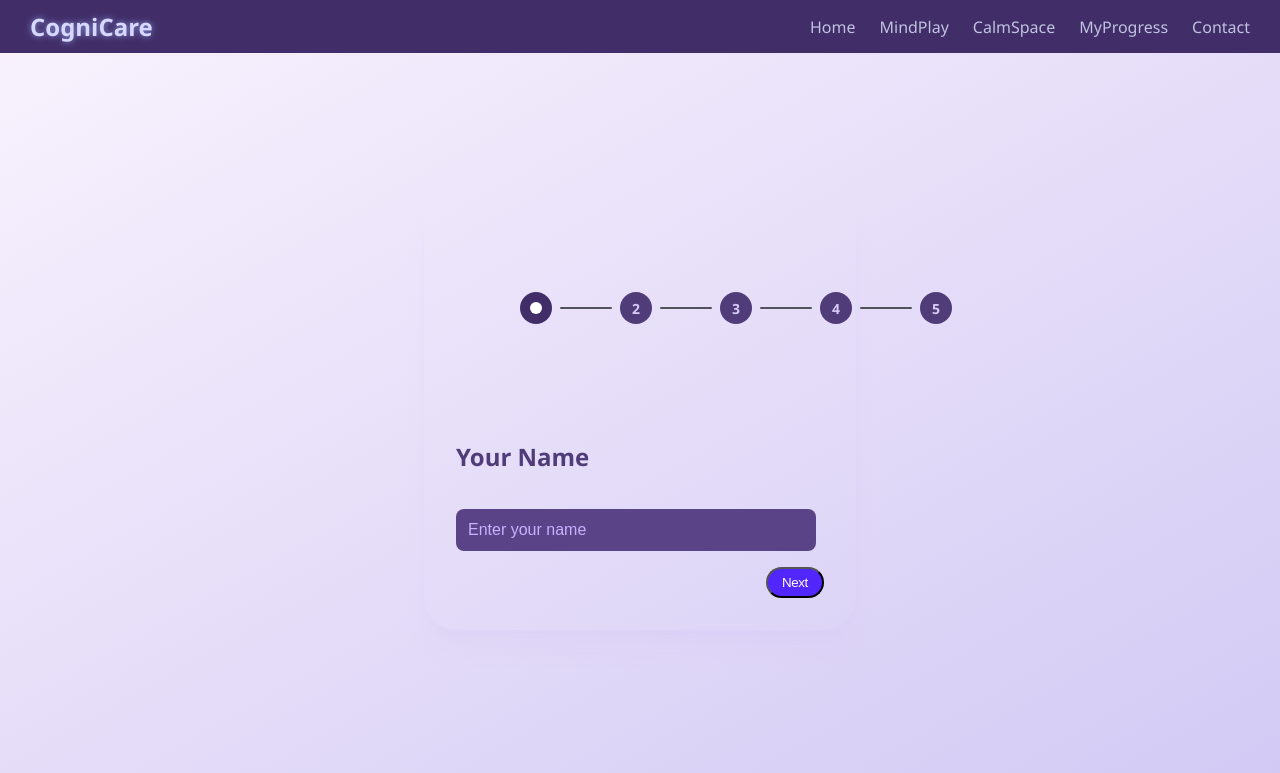
Repository: rujularaut/CogniCare
Page: /signup
An editor plug-in stored every save of this project. The page is shown before and after the next save, followed by the edit.
The browser window is 1280 px wide. The pictures show the whole page.
The project was rebuilt for these pictures with package versions that can differ from the ones it lists, and the page was loaded fresh each time. Also part of the build but not shown: src/components/Welcome.css, src/components/Welcome.js, src/components/Particles.css, src/components/Particles.js, src/components/Meditation.css, src/components/Meditation.js, src/components/Signup.css, src/components/Signup.js and 2 more.

Above is the page before, as saved 2025-06-24 14:51:11.

### src/App.js
import React from 'react';
import { BrowserRouter as Router, Routes, Route } from 'react-router-dom';
import './App.css';
import Welcome from './components/Welcome';
import Meditation from './components/Meditation';
import Signup from './components/Signup'; // ✅ Confirm this file exists
import Login from './components/Login';
import SignupStepper from './components/SignupStepper';

function App() {
  return (
    <Router>
      <div className="App">
        <nav>
          <div className="logo">CogniCare</div>
          <ul>
            <li><a href="/">Home</a></li>
            <li><a href="#">MindPlay</a></li>
            <li><a href="#">CalmSpace</a></li>
            <li><a href="#">MyProgress</a></li>
            <li><a href="#">Contact</a></li>
          </ul>
        </nav>

        <Routes>
          <Route path="/" element={
            <>
              <header>
                <h1>Welcome to CogniCare</h1>
                <p>Your mental health companion</p>
              </header>
              <Welcome />
              <Meditation />
            </>
          } />
          <Route path="/signup" element={<SignupStepper />} />
          <Route path="/signup" element={<Signup />} />
          <Route path="/login" element={<Login />} />
        </Routes>
      </div>
    </Router>
  );
}

export default App;

### src/App.css
body {
  margin: 0;
  padding: 0;
  font-family: 'Segoe UI', sans-serif;
  background-color: #0a001a;
  color: #d6d8ff;
}

nav {
  background-color: #412e69;
  color: #d6d8ff;
  display: flex;
  justify-content: space-between;
  align-items: center;
  padding: 10px 30px;
  box-shadow: 0 0 15px #a9b0ff20;
}

.logo {
  font-size: 24px;
  font-weight: bold;
  color: #d6d8ff;
  text-shadow: 0 0 6px #8b92d7;
}

nav ul {
  list-style: none;
  display: flex;
  gap: 24px;
  margin: 0;
  padding: 0;
}

nav ul li a {
  text-decoration: none;
  color: #c0c2e0;
  font-weight: 500;
  transition: color 0.3s ease;
}

nav ul li a:hover {
  color: #f7c258;
  text-shadow: 0 0 6px #a9b0ff;
}

header {
  background-color: #513c7a;
  padding: 5px;
  text-align: center;
  border-bottom: 6px solid #25003e;
}

h1 {
  margin-bottom: 10px;
  font-size: 45px;
  color: #d6d8ff;
  text-shadow: 0 0 10px #6c72ac;
}

p {
  font-size: 17px;
  color: #d6d8ff;
}

### src/components/SignupStepper.js
import React, { useState } from 'react';
import Stepper, { Step } from './Stepper';
import './SignupStepper.css';

const SignupStepper = () => {
  const [formData, setFormData] = useState({
    name: '',
    age: '',
    email: '',
    password: '',
  });

  const handleChange = (e) => {
    setFormData((prev) => ({ ...prev, [e.target.name]: e.target.value }));
  };

  return (
    <div className="signup-container">
      <Stepper
        initialStep={1}
        onFinalStepCompleted={() => console.log('Form complete', formData)}
        nextButtonText="Next"
        backButtonText="Back"
      >
        <Step>
          <h2>Your Name</h2>
          <input
            name="name"
            type="text"
            placeholder="Enter your name"
            value={formData.name}
            onChange={handleChange}
            required
          />
        </Step>
        <Step>
          <h2>Your Age</h2>
          <input
            name="age"
            type="number"
            placeholder="Enter your age"
            value={formData.age}
            onChange={handleChange}
            required
          />
        </Step>
        <Step>
          <h2>Email ID</h2>
          <input
            name="email"
            type="email"
            placeholder="Enter your email"
            value={formData.email}
            onChange={handleChange}
            required
          />
        </Step>
        <Step>
          <h2>Create Password</h2>
          <input
            name="password"
            type="password"
            placeholder="Create password"
            value={formData.password}
            onChange={handleChange}
            required
          />
        </Step>
        <Step>
          <h2>All Set!</h2>
          <p>Welcome, {formData.name} 🎉</p>
          <p>Already have an account? <a href="/login">Login here</a></p>
        </Step>
      </Stepper>
    </div>
  );
};

export default SignupStepper;

### src/components/Stepper.jsx
import React, { useState, Children, useRef, useLayoutEffect } from "react";
import { motion, AnimatePresence } from "framer-motion";

import "./Stepper.css";

export default function Stepper({
  children,
  initialStep = 1,
  onStepChange = () => { },
  onFinalStepCompleted = () => { },
  stepCircleContainerClassName = "",
  stepContainerClassName = "",
  contentClassName = "",
  footerClassName = "",
  backButtonProps = {},
  nextButtonProps = {},
  backButtonText = "Back",
  nextButtonText = "Continue",
  disableStepIndicators = false,
  renderStepIndicator,
  ...rest
}) {
  const [currentStep, setCurrentStep] = useState(initialStep);
  const [direction, setDirection] = useState(0);
  const stepsArray = Children.toArray(children);
  const totalSteps = stepsArray.length;
  const isCompleted = currentStep > totalSteps;
  const isLastStep = currentStep === totalSteps;

  const updateStep = (newStep) => {
    setCurrentStep(newStep);
    if (newStep > totalSteps) {
      onFinalStepCompleted();
    } else {
      onStepChange(newStep);
    }
  };

  const handleBack = () => {
    if (currentStep > 1) {
      setDirection(-1);
      updateStep(currentStep - 1);
    }
  };

  const handleNext = () => {
    if (!isLastStep) {
      setDirection(1);
      updateStep(currentStep + 1);
    }
  };

  const handleComplete = () => {
    setDirection(1);
    updateStep(totalSteps + 1);
  };

  return (
    <div className="outer-container" {...rest}>
      <div className={`step-circle-container ${stepCircleContainerClassName}`}>
        <div className={`step-indicator-row ${stepContainerClassName}`}>
          {stepsArray.map((_, index) => {
            const stepNumber = index + 1;
            const isNotLastStep = index < totalSteps - 1;
            return (
              <React.Fragment key={stepNumber}>
                {renderStepIndicator ? (
                  renderStepIndicator({
                    step: stepNumber,
                    currentStep,
                    onStepClick: (clicked) => {
                      setDirection(clicked > currentStep ? 1 : -1);
                      updateStep(clicked);
                    },
                  })
                ) : (
                  <StepIndicator
                    step={stepNumber}
                    disableStepIndicators={disableStepIndicators}
                    currentStep={currentStep}
                    onClickStep={(clicked) => {
                      setDirection(clicked > currentStep ? 1 : -1);
                      updateStep(clicked);
                    }}
                  />
                )}
                {isNotLastStep && (
                  <StepConnector isComplete={currentStep > stepNumber} />
                )}
              </React.Fragment>
            );
          })}
        </div>

        <StepContentWrapper
          isCompleted={isCompleted}
          currentStep={currentStep}
          direction={direction}
          className={`step-content-default ${contentClassName}`}
        >
          {stepsArray[currentStep - 1]}
        </StepContentWrapper>

        {!isCompleted && (
          <div className={`footer-container ${footerClassName}`}>
            <div className={`footer-nav ${currentStep !== 1 ? "spread" : "end"}`}>
              {currentStep !== 1 && (
                <button
                  onClick={handleBack}
                  className={`back-button ${currentStep === 1 ? "inactive" : ""}`}
                  {...backButtonProps}
                >
                  {backButtonText}
                </button>
              )}
              <button
                onClick={isLastStep ? handleComplete : handleNext}
                className="next-button"
                {...nextButtonProps}
              >
                {isLastStep ? "Complete" : nextButtonText}
              </button>
            </div>
          </div>
        )}
      </div>
    </div>
  );
}

function StepContentWrapper({ isCompleted, currentStep, direction, children, className }) {
  const [parentHeight, setParentHeight] = useState(0);

  return (
    <motion.div
      className={className}
      style={{ position: "relative", overflow: "hidden" }}
      animate={{ height: isCompleted ? 0 : parentHeight }}
      transition={{ type: "spring", duration: 0.4 }}
    >
      <AnimatePresence initial={false} mode="sync" custom={direction}>
        {!isCompleted && (
          <SlideTransition key={currentStep} direction={direction} onHeightReady={(h) => setParentHeight(h)}>
            {children}
          </SlideTransition>
        )}
      </AnimatePresence>
    </motion.div>
  );
}

function SlideTransition({ children, direction, onHeightReady }) {
  const containerRef = useRef(null);

  useLayoutEffect(() => {
    if (containerRef.current) onHeightReady(containerRef.current.offsetHeight);
  }, [children, onHeightReady]);

  return (
    <motion.div
      ref={containerRef}
      custom={direction}
      variants={stepVariants}
      initial="enter"
      animate="center"
      exit="exit"
      transition={{ duration: 0.4 }}
      style={{ position: "absolute", left: 0, right: 0, top: 0 }}
    >
      {children}
    </motion.div>
  );
}

const stepVariants = {
  enter: (dir) => ({
    x: dir >= 0 ? "-100%" : "100%",
    opacity: 0,
  }),
  center: {
    x: "0%",
    opacity: 1,
  },
  exit: (dir) => ({
    x: dir >= 0 ? "50%" : "-50%",
    opacity: 0,
  }),
};

export function Step({ children }) {
  return <div className="step-default">{children}</div>;
}

function StepIndicator({ step, currentStep, onClickStep, disableStepIndicators }) {
  const status = currentStep === step ? "active" : currentStep < step ? "inactive" : "complete";

  const handleClick = () => {
    if (step !== currentStep && !disableStepIndicators) onClickStep(step);
  };

  return (
    <motion.div onClick={handleClick} className="step-indicator" animate={status} initial={false}>
      <motion.div
        variants={{
          inactive: { scale: 1, backgroundColor: "#513c7a", color: "#d7cbf9" },
          active: { scale: 1, backgroundColor: "#412e69", color: "#d7cbf9" },
          complete: { scale: 1, backgroundColor: "#412e69", color: "#d7cbf9" },
        }}
        transition={{ duration: 0.3 }}
        className="step-indicator-inner"
      >
        {status === "complete" ? (
          <CheckIcon className="check-icon" />
        ) : status === "active" ? (
          <div className="active-dot" />
        ) : (
          <span className="step-number">{step}</span>
        )}
      </motion.div>
    </motion.div>
  );
}

function StepConnector({ isComplete }) {
  const lineVariants = {
    incomplete: { width: 0, backgroundColor: "transparent" },
    complete: { width: "100%", backgroundColor: "#5227FF" },
  };

  return (
    <div className="step-connector">
      <motion.div
        className="step-connector-inner"
        variants={lineVariants}
        initial={false}
        animate={isComplete ? "complete" : "incomplete"}
        transition={{ duration: 0.4 }}
      />
    </div>
  );
}

function CheckIcon(props) {
  return (
    <svg {...props} fill="none" stroke="currentColor" strokeWidth={2} viewBox="0 0 24 24">
      <motion.path
        initial={{ pathLength: 0 }}
        animate={{ pathLength: 1 }}
        transition={{ delay: 0.1, type: "tween", ease: "easeOut", duration: 0.3 }}
        strokeLinecap="round"
        strokeLinejoin="round"
        d="M5 13l4 4L19 7"
      />
    </svg>
  );
}

### src/components/SignupStepper.css
.signup-container {
background: linear-gradient(to bottom right, #f8f1fd, #d2caf4);
  color: #513c7a;
  min-height: 100vh;
  display: flex;
  justify-content: center;
  align-items: center;
}

input {
  width: 100%;
  padding: 12px;
  margin-top: 1em;
  border-radius: 8px;
  border: none;
  font-size: 16px;
  background-color: #5a4386;
  color: #d7cbf9;
}

input::placeholder {
  color: #cab0ff;
}

### src/components/Stepper.css
.outer-container {
  display: flex;
  min-height: 100%;
  flex: 1 1 0%;
  flex-direction: column;
  align-items: center;
  justify-content: center;
  padding: 1rem;
}

@media (min-width: 640px) {
  .outer-container {
    aspect-ratio: 4 / 3;
  }
}

@media (min-width: 768px) {
  .outer-container {
    aspect-ratio: 2 / 1;
  }
}

.step-circle-container {
  margin-left: auto;
  margin-right: auto;
  width: 100%;
  max-width: 27rem;
  border-radius: 2rem;
  box-shadow: 0 20px 25px -5px rgba(207, 178, 246, 0.1),
    0 10px 10px -5px rgba(193, 176, 247, 0.04);
}

.step-indicator-row {
  display: flex;
  width: 100%;
  align-items: center;
  padding: 6rem;
}

.step-content-default {
  position: relative;
  overflow: hidden;
}

.step-default {
  padding-left: 2rem;
  padding-right: 4rem;
}

.footer-container {
  padding-left: 2rem;
  padding-right: 2rem;
  padding-bottom: 2rem;
}

.footer-nav {
  margin-top: 1rem;
  display: flex;
}

.footer-nav.spread {
  justify-content: space-between;
}

.footer-nav.end {
  justify-content: flex-end;
}

.back-button {
  transition: all 350ms;
  border-radius: 0.25rem;
  padding: 0.25rem 0.5rem;
  color: #a3a3a3;
  cursor: pointer;
}

.back-button:hover {
  color: #52525b;
}

.back-button.inactive {
  pointer-events: none;
  opacity: 0.5;
  color: #a3a3a3;
}

.next-button {
  transition: all 350ms;
  display: flex;
  align-items: center;
  justify-content: center;
  border-radius: 9999px;
  background-color: #5227FF;
  color: #fff;
  font-weight: 500;
  letter-spacing: -0.025em;
  padding: 0.375rem 0.875rem;
  cursor: pointer;
}

.next-button:hover {
  background-color: #5227FF;
}

.next-button:active {
  background-color: #5227FF;
}

.step-indicator {
  position: relative;
  cursor: pointer;
  outline: none;
}

.step-indicator-inner {
  display: flex;
  height: 2rem;
  width: 2rem;
  align-items: center;
  justify-content: center;
  border-radius: 9999px;
  font-weight: 600;
}

.active-dot {
  height: 0.75rem;
  width: 0.75rem;
  border-radius: 9999px;
  background-color: #fff;
}

.step-number {
  font-size: 0.875rem;
}

.step-connector {
  position: relative;
  margin-left: 0.5rem;
  margin-right: 0.5rem;
  height: 0.125rem;
  flex: 1;
  overflow: hidden;
  border-radius: 0.25rem;
  background-color: #52525b;
}

.step-connector-inner {
  position: absolute;
  left: 0;
  top: 0;
  height: 100%;
}

.check-icon {
  height: 1rem;
  width: 1rem;
  color: #fff;
}

Loaded but not shown: public/index.html (common file); src/index.js (common file); src/index.css (common file)

After the next save:
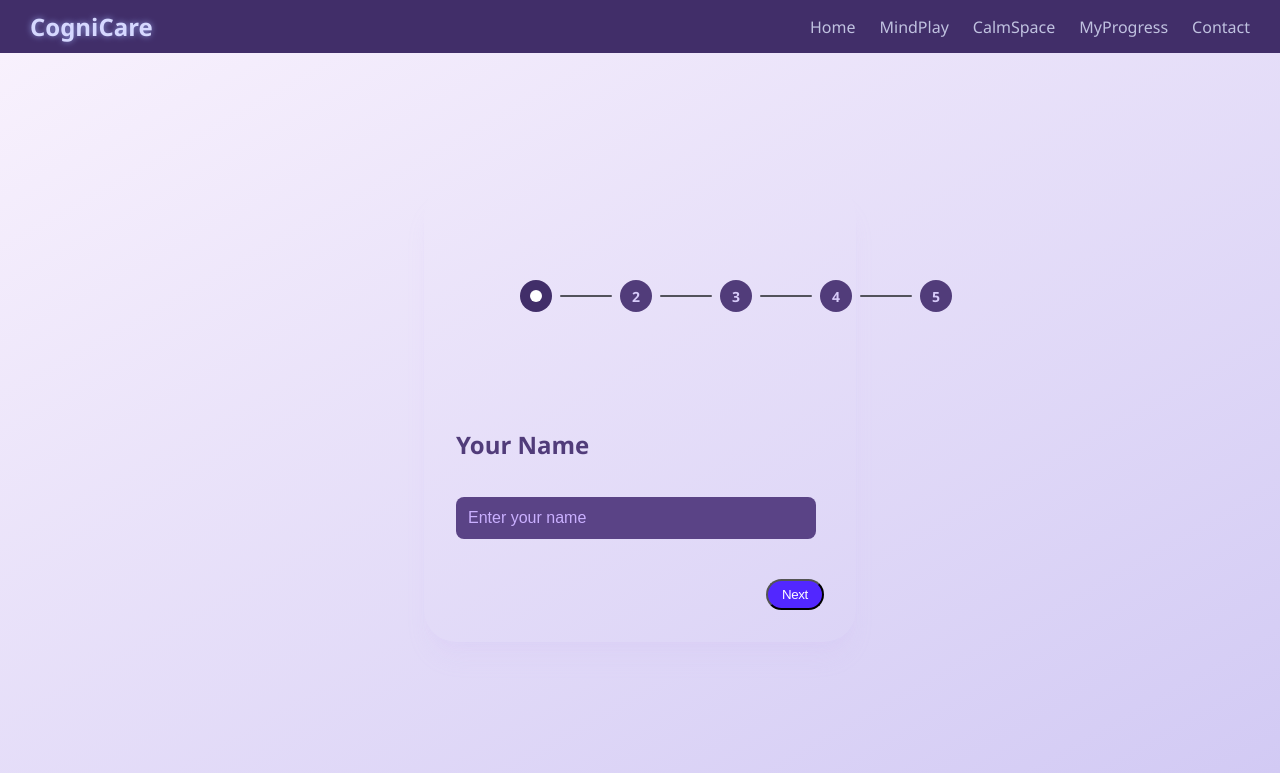
Saved 11 s later.
--- a/src/components/Stepper.css
+++ b/src/components/Stepper.css
@@ -54,7 +54,7 @@
 }
 
 .footer-nav {
-  margin-top: 1rem;
+  margin-top: 2.5rem;
   display: flex;
 }
 
